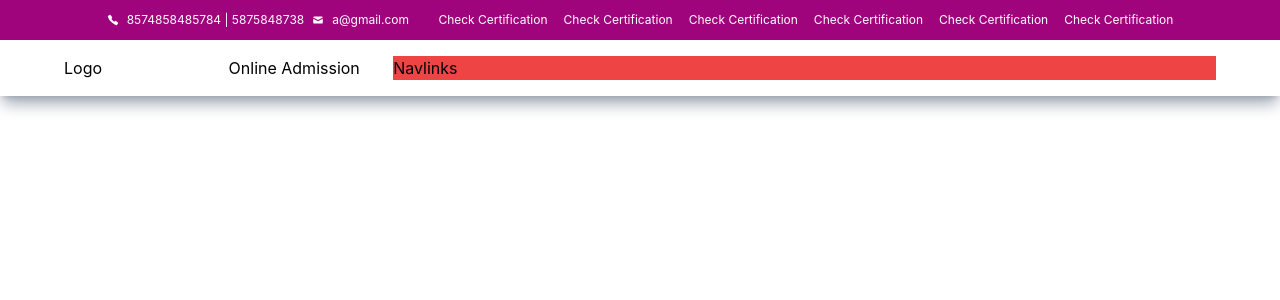
Repository: Sushant203/react-training-
Page: /
The author's editor kept a copy of each file at every save. The page is drawn from the files as they stood at one save, then again after the next save.
The browser window is 1280 px wide. The pictures show the whole page.
The project was rebuilt for these pictures with package versions that can differ from the ones it lists, and the page was loaded fresh each time. Also part of the build but not shown: src/App.css, src/components/LowerNav.jsx, src/components/UpperNav.jsx.

Above is the page before, as saved 2022-12-19 09:44:42.

After the next save:
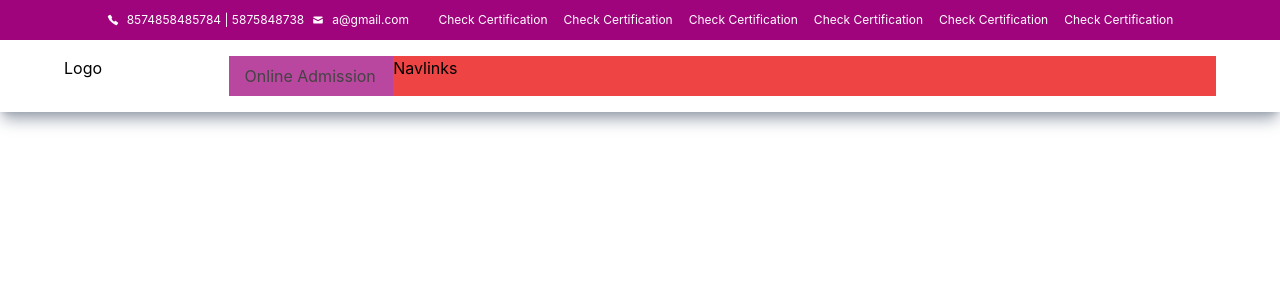
Saved 89 s later.
--- a/src/components/Naviagtion/Toolbar/Secondary.jsx
+++ b/src/components/Naviagtion/Toolbar/Secondary.jsx
@@ -4,7 +4,9 @@ function Secondary() {
   return (
     <div className="grid grid-cols-7 selection: justify-between px-16 w-full py-4 bg-white">
       <div>Logo</div>
-      <div>Online Admission</div>
+      <div className="bg-mainColor px-4 py-2 animate-pulse duration-700 delay-200 transition-all cursor-pointer">
+        Online Admission
+      </div>
       <div className="col-span-5 bg-red-500">Navlinks</div>
     </div>
   );
